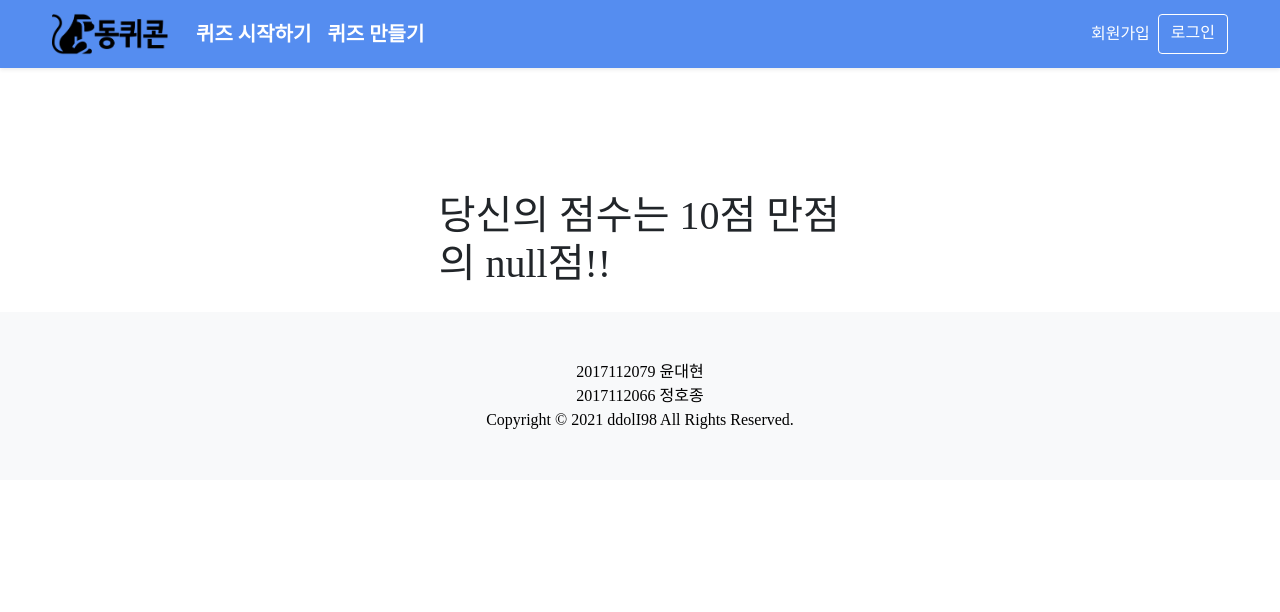
Repository: eogus0512/Quiz_WebProject
Page: http://localhost/Quiz_WebProject/resultQuiz.jsp
An editor plug-in stored every save of this project. The page is shown before and after the next save, followed by the edit.
The browser window is 1280 px wide. The pictures show the whole page.
Some web fonts or font styles are not loaded; a fallback is used. The page is served by Tomcat 9. Other server files are loaded and not shown.

Above is the page before, as saved 2021-11-28 15:30:51.

### Quiz_WebProject/WebContent/resultQuiz.jsp
<%@ page language="java" contentType="text/html;charset=UTF-8" pageEncoding="UTF-8" %>
<%@ page import="java.io.PrintWriter"%>
<%@ page import = "question.*" %>
<%@ page import = "java.util.ArrayList" %>
<!DOCTYPE html>
<html>
<head>
    <meta http-equiv="Content-Type" content="text/html"; charset="UTF-8">
    <meta name="viewport" content="width=device-width, initial-scale=1, shrink-to-fit=no">
    <title>동퀴콘</title>
    <link rel="stylesheet" href="./css/bootstrap.min.css">
    <link rel="stylesheet" href="./css/custom.css">
    <link rel="icon" href="./img/favicon.png">
</head>
<body>
<nav class="navbar navbar-expand-lg navbar-light fixed-top shadow-sm" style="background-color: #558DF0;">
    <div class="container-xxl d-flex align-items-md-center" style="width:1200px">
        <a class="navbar-brand" href="index.jsp"><img src="./img/mainIcon.png" class="rounded float-start" width="120"></a>
        <button class="navbar-toggler" type="button" data-bs-toggle="collapse" data-bs-target="#navbarSupportedContent" aria-controls="navbarSupportedContent" aria-expanded="false" aria-label="Toggle navigation">
            <span class="navbar-toggler-icon"></span>
        </button>
        <div class="collapse navbar-collapse" id="navbarSupportedContent">
            <ul class="navbar-nav me-auto">
                <li class="nav-item">
                    <a class="nav-link" href="#" style="font-size:15pt; color:white;"><b>퀴즈 시작하기</b></a>
                </li>
                <li class="nav-item">
                    <a class="nav-link" href="registerQuiz.jsp" style="font-size:15pt; color:white;"><b>퀴즈 만들기</b></a>
                </li>
            </ul>
            <%
                String LoginID = null;
                String UserName = null;
                if(session.getAttribute("loginID") != null) {
                    LoginID = (String) session.getAttribute("LoginID");
                    UserName = (String) session.getAttribute("UserName");
                }
                if(LoginID == null) {
            %>
            <ul class="navbar-nav">
                <a class="nav-link" aria-current="page" href="signUp.jsp" style="color:white">회원가입</a>
                <a class="btn btn-outline-primary" href="login.jsp" style="border-color: white; color: white">로그인</a>
            </ul>
            <%
            } else {
            %>
            <ul class="navbar-nav d-flex">
                <li class="nav-item dropdown">
                    <a class="nav-link dropdown-toggle" href="#" id="navbarDropdown" role="button" data-bs-toggle="dropdown" aria-expanded="false" style="color: white">
                        <%=UserName %> 님
                    </a>
                    <ul class="dropdown-menu" aria-labelledby="navbarDropdown" style="background-color: #558DF0;">
                        <li><a class="dropdown-item" href="myPage.jsp" style="color: white">마이페이지</a></li>
                        <li><a class="dropdown-item" href="#" style="color: white">1:1 문의</a></li>
                        <li><hr class="dropdown-divider" style="color: white"></li>
                        <li><a class="dropdown-item" href="logout.jsp" style="color: white">로그아웃</a></li>
                    </ul>
                </li>
            </ul>
            <%
                }
            %>
        </div>
    </div>
</nav>
<br><br><br><br>
<div class="py-5 text-center">
</div>
<div class="container col-md-4">
	<h1>당신의 점수는 10점 만점의 <%=request.getParameter("score") %>점!!</h1>

</div>
<footer class="bg-light mt-4 p-5 text-center" style="color: #000000;">
    2017112079 윤대현<br>2017112066 정호종<br>
    Copyright &copy; 2021 ddolI98 All Rights Reserved.
</footer>
<script src="./js/jquery.min.js"></script>
<script src="./js/popper.js"></script>
<script src="./js/bootstrap.min.js"></script>
</body>
</html>

### Quiz_WebProject/WebContent/css/custom.css
@import url(https://fonts.googleapis.com/earlyaccess/nanumgothic.css);
.navbar-brand, h1, h2, h3, h4 {
    font-family: 'Nanum Gothic';
}
h5 {
    font-family: 'Nanum Gothic';
    font-size: 18px;
}
body {
    font-family: 'Nanum Gothic';
}

Loaded but not shown: Quiz_WebProject/WebContent/css/bootstrap.min.css (library); Quiz_WebProject/WebContent/js/jquery.min.js (library); Quiz_WebProject/WebContent/js/popper.js (library); Quiz_WebProject/WebContent/js/bootstrap.min.js (library)

After the next save:
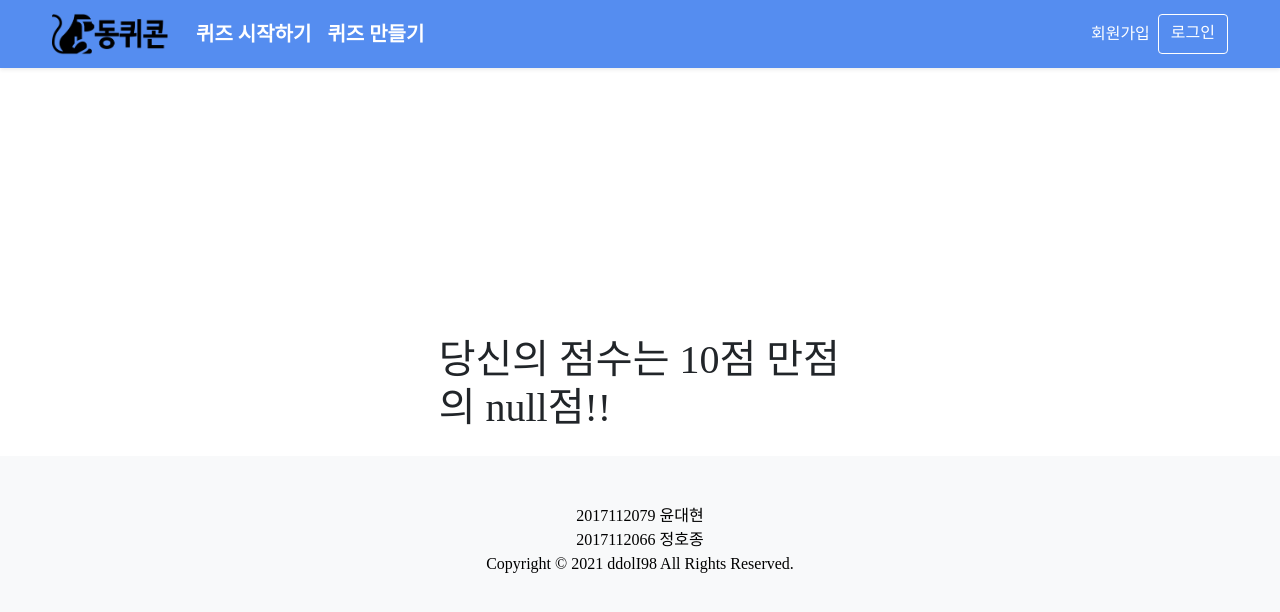
Saved 35 s later.
--- a/Quiz_WebProject/WebContent/resultQuiz.jsp
+++ b/Quiz_WebProject/WebContent/resultQuiz.jsp
@@ -67,6 +67,7 @@
 <div class="py-5 text-center">
 </div>
 <div class="container col-md-4">
+	<br><br><br><br><Br><br>
 	<h1>당신의 점수는 10점 만점의 <%=request.getParameter("score") %>점!!</h1>
 
 </div>
